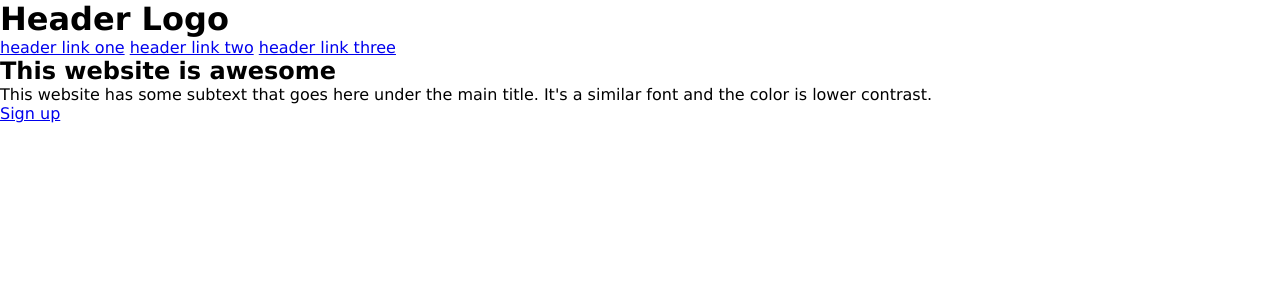
Repository: Pafestivo/Dummy-Landing-Page
Page: index.html
An editor plug-in stored every save of this project. The page is shown before and after the next save, followed by the edit.
The browser window is 1280 px wide. The pictures show the whole page.

Above is the page before, as saved 2022-09-26 17:33:08.

After the next save:
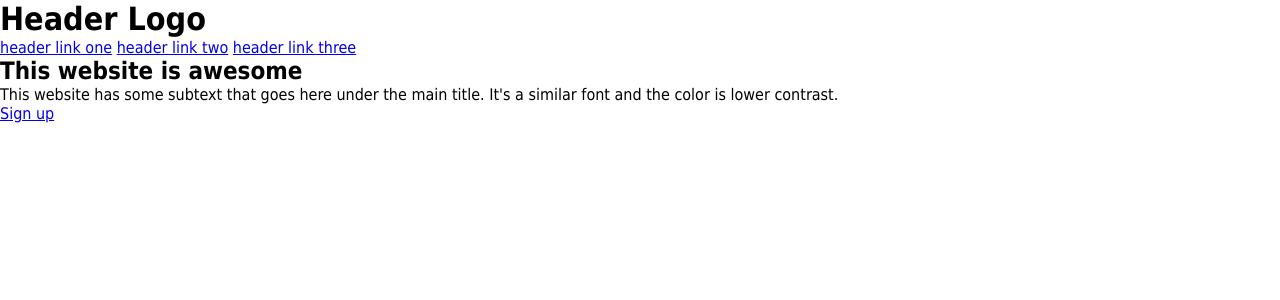
Saved 6 s later.
--- a/styles.css
+++ b/styles.css
@@ -5,5 +5,5 @@
 }
 
 body {
-  font-family: verdana;
+  font-family: Tahoma;
 }
